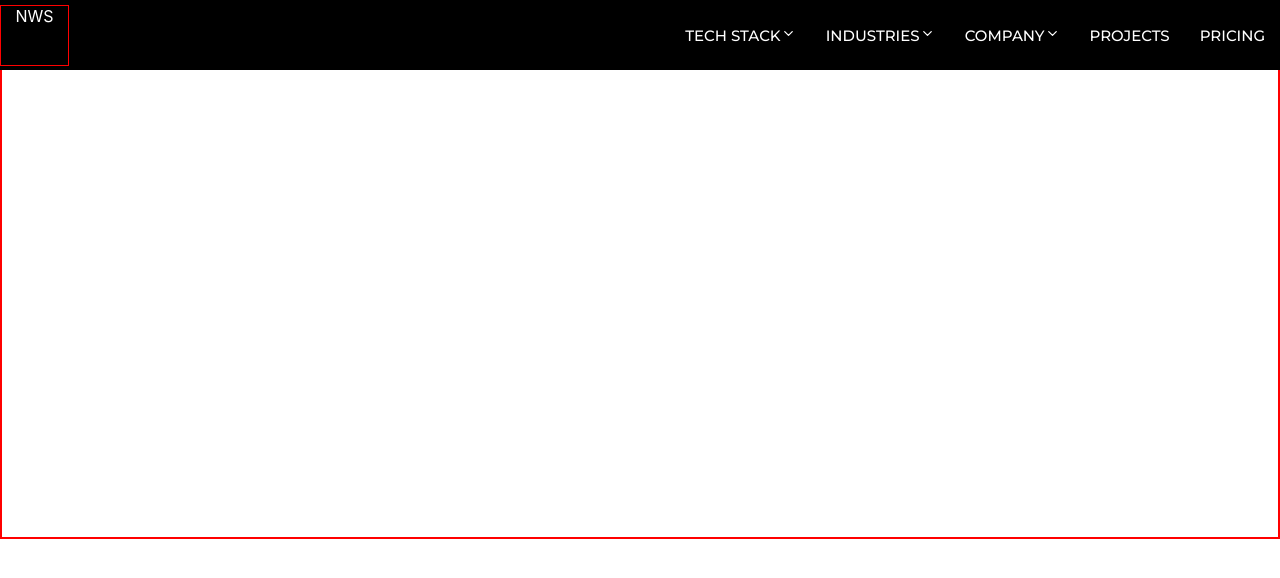
Repository: EdgarSargsyan2001/NWSlab21062022
Page: /
The author's editor kept a copy of each file at every save. The page is drawn from the files as they stood at one save, then again after the next save.
The browser window is 1280 px wide. The pictures show the whole page.
The project was rebuilt for these pictures with package versions that can differ from the ones it lists, and the page was loaded fresh each time.

Above is the page before, as saved 2022-06-23 11:34:48.

### public/index.html
<!DOCTYPE html>
<html lang="en">
  <head>
    <meta charset="utf-8" />
    <link rel="icon" href="%PUBLIC_URL%/favicon.ico" />
    <meta name="viewport" content="width=device-width, initial-scale=1" />
    <meta name="theme-color" content="#000000" />
    <meta
      name="description"
      content="Web site created using create-react-app"
    />
    <link rel="preconnect" href="https://fonts.googleapis.com">
    <link rel="preconnect" href="https://fonts.gstatic.com" crossorigin>
    <link href="https://fonts.googleapis.com/css2?family=Grandstander:ital,wght@0,100;0,200;0,300;0,400;0,500;0,600;0,700;1,100;1,200;1,300;1,400;1,500;1,600;1,700&family=Montserrat:ital,wght@0,100;0,200;0,300;0,400;0,500;0,600;1,100;1,200;1,300;1,400;1,500;1,600&display=swap" rel="stylesheet">
    <link rel="apple-touch-icon" href="%PUBLIC_URL%/logo192.png" />
    <!--
      manifest.json provides metadata used when your web app is installed on a
      user's mobile device or desktop. See https://developers.google.com/web/fundamentals/web-app-manifest/
    -->
    <link rel="manifest" href="%PUBLIC_URL%/manifest.json" />
    <!--
      Notice the use of %PUBLIC_URL% in the tags above.
      It will be replaced with the URL of the `public` folder during the build.
      Only files inside the `public` folder can be referenced from the HTML.

      Unlike "/favicon.ico" or "favicon.ico", "%PUBLIC_URL%/favicon.ico" will
      work correctly both with client-side routing and a non-root public URL.
      Learn how to configure a non-root public URL by running `npm run build`.
    -->
    <title>React Redux App</title>
  </head>
  <body>
    <noscript>You need to enable JavaScript to run this app.</noscript>
    <div id="root"></div>
    <!--
      This HTML file is a template.
      If you open it directly in the browser, you will see an empty page.

      You can add webfonts, meta tags, or analytics to this file.
      The build step will place the bundled scripts into the <body> tag.

      To begin the development, run `npm start` or `yarn start`.
      To create a production bundle, use `npm run build` or `yarn build`.
    -->
  </body>
</html>

### src/index.tsx
import React from 'react';
import { createRoot } from 'react-dom/client';
import { Provider } from 'react-redux';
import { BrowserRouter } from "react-router-dom";
import { store } from './app/store';
import App from './App';
import reportWebVitals from './reportWebVitals';
import './index.css';

const container = document.getElementById('root')!;
const root = createRoot(container);

root.render(
  // <React.StrictMode>
  <BrowserRouter>
    <Provider store={store}>
      <App />
    </Provider>
    </BrowserRouter>
  // </React.StrictMode>
);

// If you want to start measuring performance in your app, pass a function
// to log results (for example: reportWebVitals(console.log))
// or send to an analytics endpoint. Learn more: https://bit.ly/CRA-vitals
reportWebVitals();

### src/app/store.ts
import { configureStore } from "@reduxjs/toolkit";



export const store = configureStore({
  reducer: {

  },
});

### src/App.tsx
import React from 'react';
import { Route, Routes } from 'react-router-dom';
import './App.css';
import MainLayout from './Layouts/mainLayout/MainLayout';
import HomePage from './Pages/HomePage/HomePage';

function App() {
  return (
    <div >
        <Routes>
          <Route path='/' element={<MainLayout/>}>
            <Route path='/' element={<HomePage/>}  />
            {/* <Route path='' element={} /> */}
            {/* <Route path='' element={} /> */}
            {/* <Route path='' element={} /> */}
          </Route>
        </Routes>
    </div>
  );
}

export default App;

### src/Layouts/mainLayout/MainLayout.tsx


import { Outlet } from "react-router-dom";
import Footer from "../Footer/Footer";
import Header from "../Header/Header";
import "./MainLayout.css";



export default function MainLayout(){

    return(
        <div >
            <Header />

            <Outlet />

            <Footer />
        </div>
    )
}

### src/Pages/HomePage/HomePage.tsx
import React from 'react'
import MainComp1 from '../../Components/VideoMain/mainComp1/mainComp1'
import VideoMain from '../../Components/VideoMain/VideoMain'


function HomePage() {
  return (
    <div className='homePage'>
        {/* <VideoMain
            path='./Assets/main.gif'
            height='900px'
            text="it outstaffing company "
        /> */}
        {/* <MainComp1
          titleMain='fuel your project with an expert team of industry focused engineers'
          btnOpen={false}
          title1='Extensive experience'
          desc1='For over a decade we have developed thousands of outstanding projects that helped our clients accomplish their business goals'
          num1='1000+'
          text1='successful projects'

          title2='Industry-focused specialists '
          desc2="With a strong focus on technology-intensive industries and constant attention to detail and IT trends, NWSLAB's specialists help clients from all over the world"
          num2='15'
          text2='years in business'

          title3='Customer loyalty '
          desc3='NWSLAB’s high standards, effective project delivery, and ability to develop IT solutions of any kind, enable us to enjoy wide recognition. As a result, 90% of our customers are recurring and recommend us to their partners    '
          num3='90%'
          text3 ='recurring customers'

        /> */}
        {/* <MainComp1
          titleMain='software development collaboration models'
          btnOpen={true}
          title1='Team Augmentation'
          desc1="Strengthen your IT team with NWSLAB's top-notch experts while retaining full responsibility for your IT project, its goals, and outcomes."

          title2='Product Development Servicesе '
          desc2="Let NWSLAB’s experienced IT team ensure an end-to-end implementation of your IT project and share the responsibility for it with you "

          title3='Outsourced IT services'
          desc3="NWSLAB’s team will provide you with top-class IT services and assume full responsibility for the eventual success and results"


        />  */}

    </div>
  )
}

export default HomePage

### src/Layouts/Footer/Footer.tsx
import React from 'react'
import './Footer.css'

function Footer() {
  return (
    <div className='Footer'>Footer</div>
  )
}

export default Footer

### src/Layouts/Header/Header.tsx
import React from 'react'
import { ContainerStl, HeaderStl } from '../../style/headerStyle'
import { FiChevronDown } from "react-icons/fi";


function Header() {


  return (
    <div>
        <HeaderStl>
          <ContainerStl>
              <div className='header__inner'>
                    <div className='header__logo'>NWS</div>

                    <nav>
                      <a className='nav__link' href='#'>Tech Stack<FiChevronDown/></a>
                      <a className='nav__link' href='#'>Industries<FiChevronDown/></a>
                      <a className='nav__link' href='#'>Company<FiChevronDown/></a>
                      <a className='nav__link' href='#'>Projects</a>
                      <a className='nav__link' href='#'>Pricing</a>
                    </nav>

              </div>
          </ContainerStl>
        </HeaderStl>

        <div className='intro'>
          <ContainerStl>

            <h1>cont</h1>


          </ContainerStl>
        </div>
    </div>
  )
}

export default Header

### src/Layouts/Footer/Footer.css
.Footer{
    height: 500px;
    border: 2px solid red;
}

### src/style/headerStyle.ts
import styled from 'styled-components'


export const HeaderStl = styled.header`

    width: 100vw;
    height: 70px;
    background:rgb(0,0,0 ) ;
    position: fixed;
    top: 0;
    left: 0;
    z-index:15;
    display: flex;
    align-items: center;

    .header__inner{
        display: flex;
        justify-content: space-between;
        align-items: center;
    }
    .header__logo{
        width: 69px;
        height: 61px;
        border: 1px solid red;
        color: white;
        text-align: center;

    }
    nav{
        text-transform: uppercase;
        font-family: 'Montserrat';
    }
    .nav__link{
        color: #fff;
        text-decoration:none;
        margin: 0 15px;
        font-weight: 500;
        font-size: 15px;
        line-height: 110%;
        transition: .2s;
    }
    .nav__link:hover{
        color: blue;
    }


`


export const ContainerStl = styled.div`
    width: 100%;
    max-width: 1500px;
    margin: 0 auto;

`

Loaded but not shown: src/reportWebVitals.ts (common file); src/index.css (common file); src/App.css (common file); src/Layouts/mainLayout/MainLayout.css (no stored copy; drawn as an empty file)

After the next save:
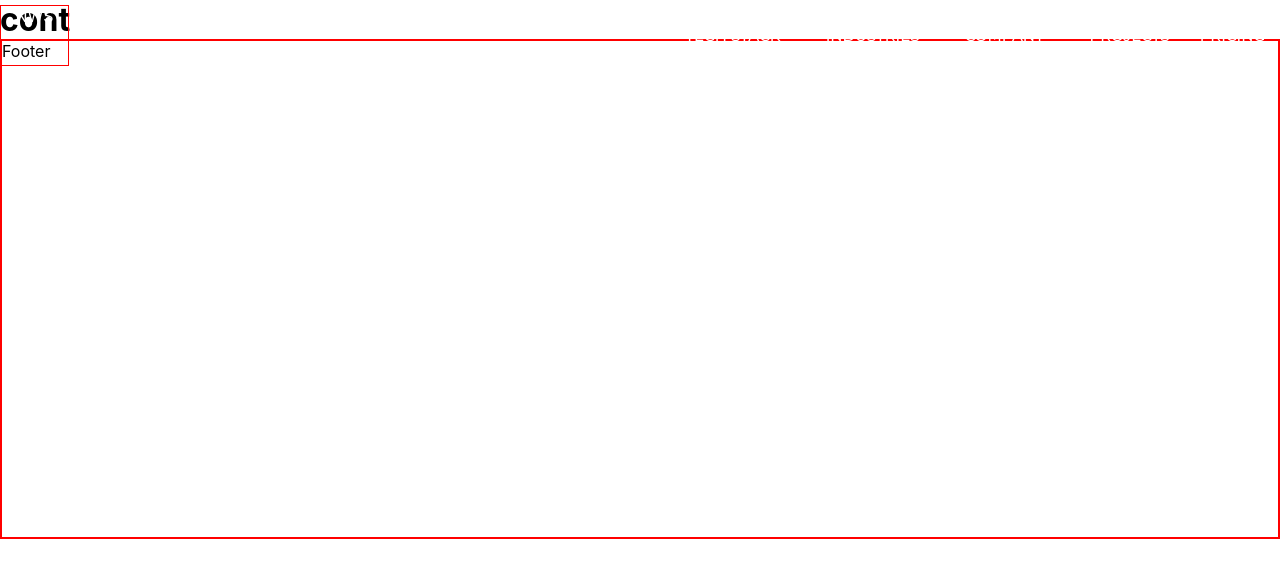
Saved 5 s later.
--- a/src/style/headerStyle.ts
+++ b/src/style/headerStyle.ts
@@ -5,7 +5,7 @@
 
     width: 100vw;
     height: 70px;
-    background:rgb(0,0,0 ) ;
+    background:rgb(0,0,0 500) ;
     position: fixed;
     top: 0;
     left: 0;

After the save that followed:
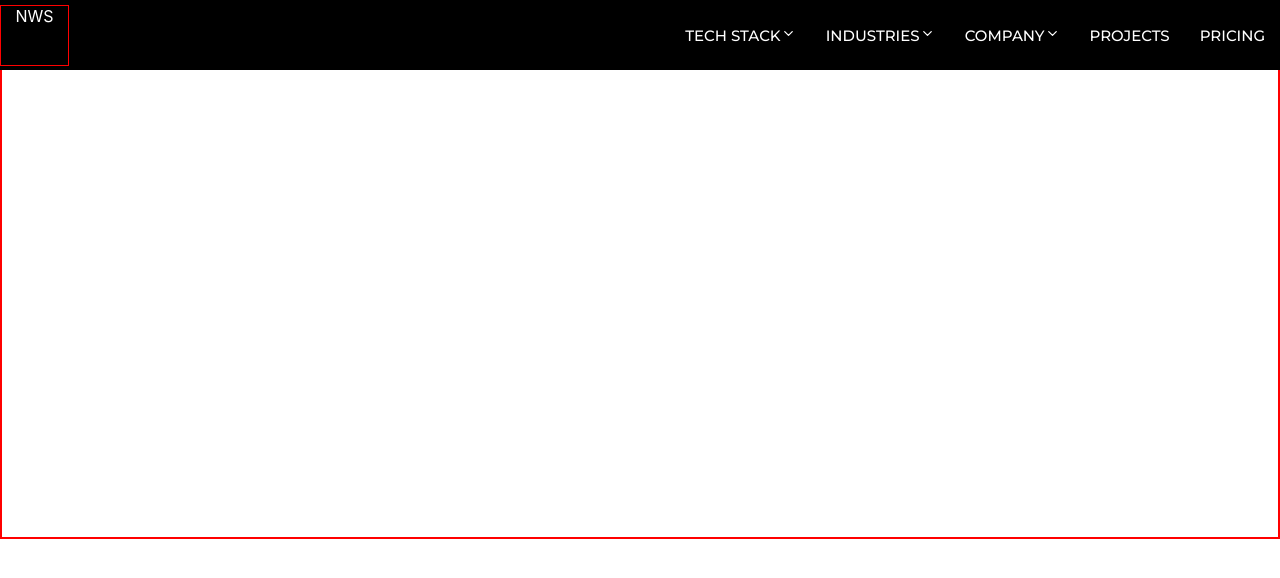
Saved 6 s later.
--- a/src/style/headerStyle.ts
+++ b/src/style/headerStyle.ts
@@ -5,7 +5,7 @@
 
     width: 100vw;
     height: 70px;
-    background:rgb(0,0,0 500) ;
+    background:rgb(0,0,0 ,500) ;
     position: fixed;
     top: 0;
     left: 0;
